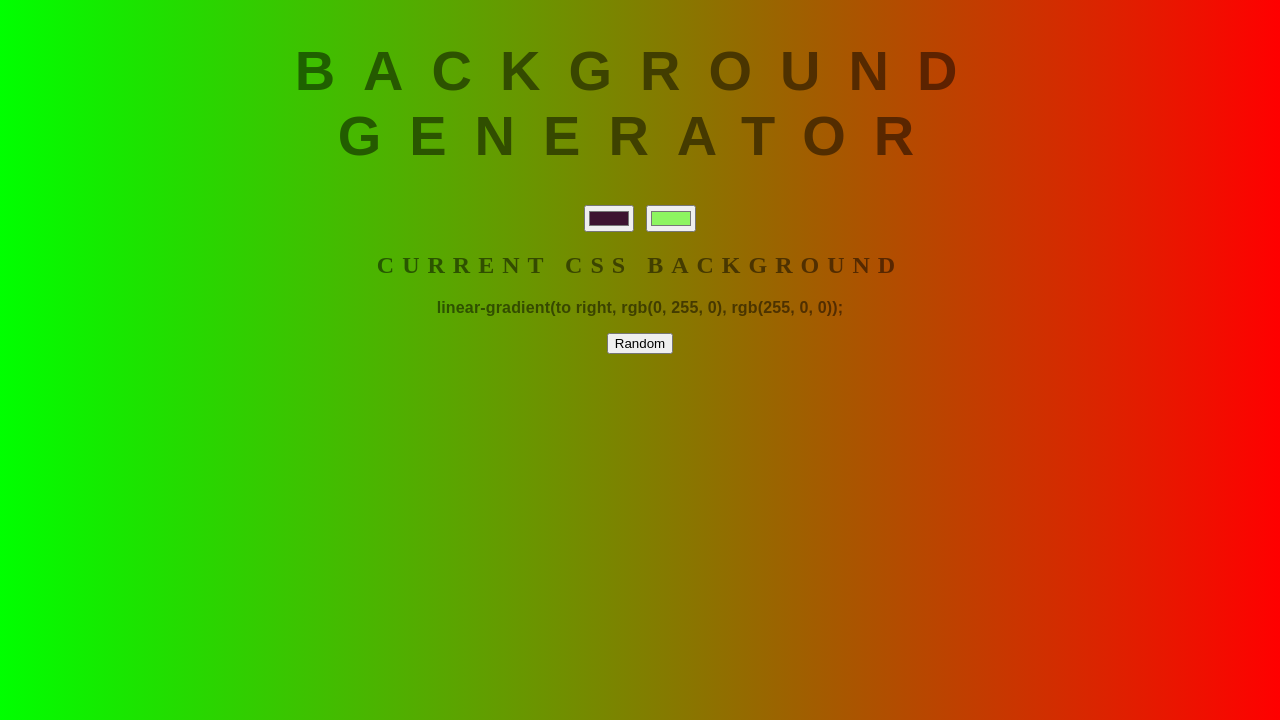
Repository: blgest/background-generator
Page: index.html
The author's editor kept a copy of each file at every save. The page is drawn from the files as they stood at one save, then again after the next save.
The browser window is 1280 px wide. The pictures show the whole page.
After loading, the first visible `#random` was clicked once.

Above is the page before, as saved 2020-02-09 10:02:45.

After the next save:
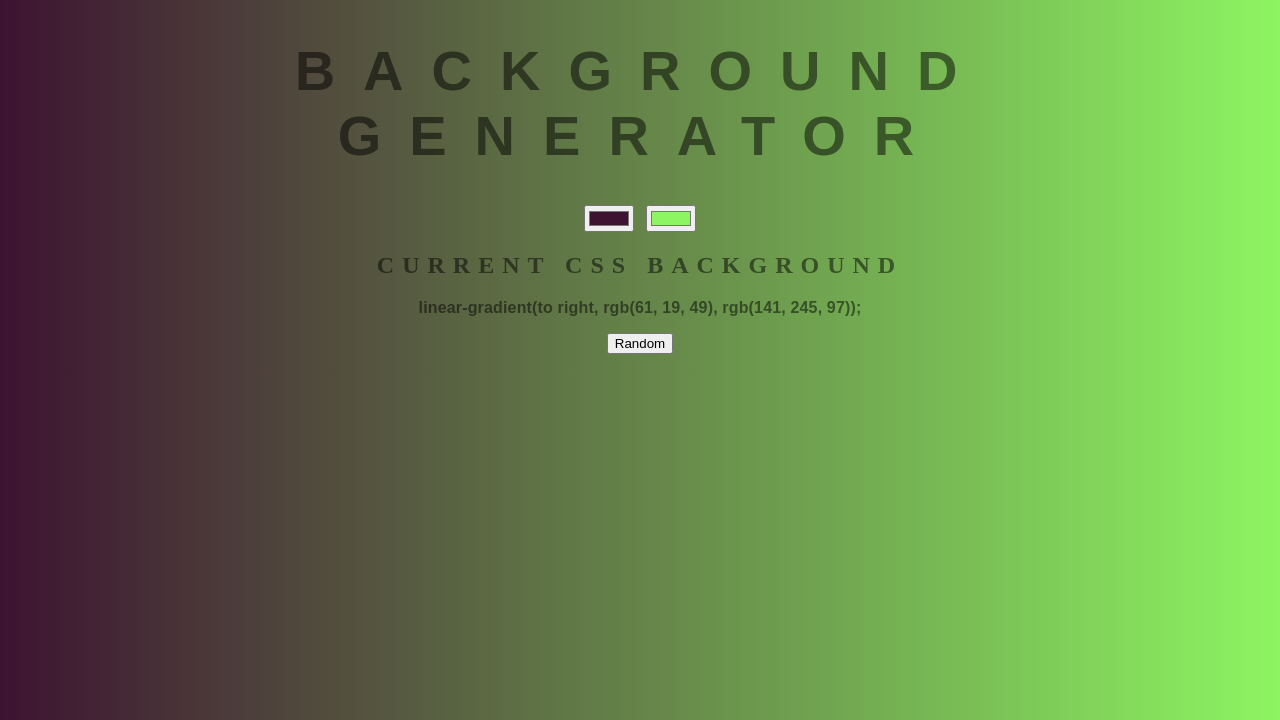
Saved 23 s later.
--- a/script.js
+++ b/script.js
@@ -7,6 +7,7 @@ var randdom = document.getElementById("random");
 function generateRandomBackground(){
 	color1.value = generateColor();
 	color2.value = generateColor();
+	setGradient();
 }
 
 function generateColor() {
